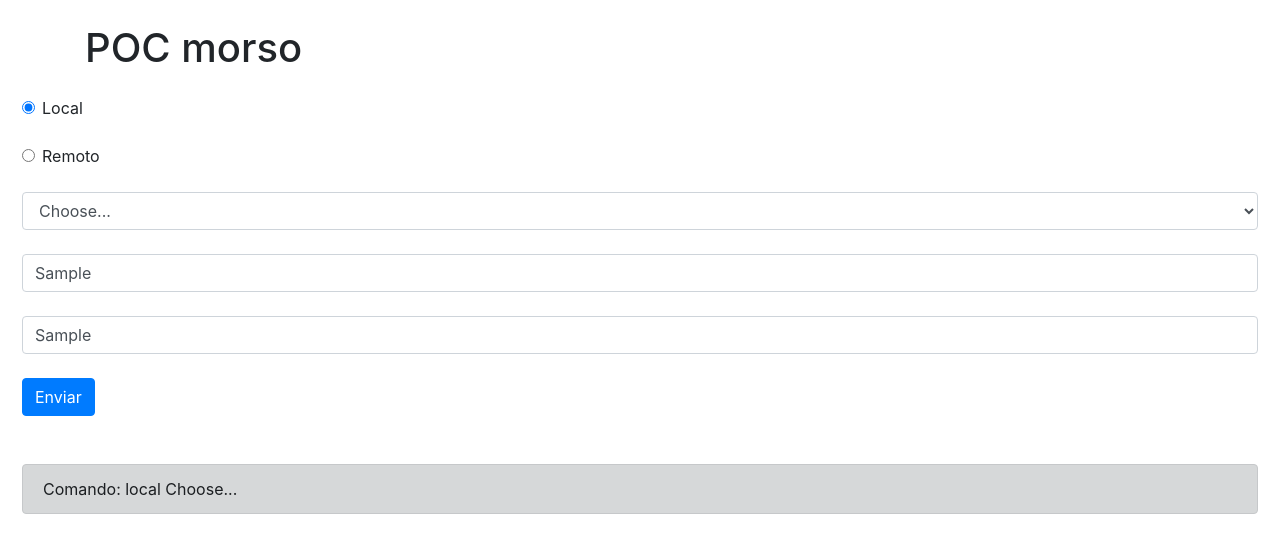
Repository: marisaoliva/poc-execute-cmd
Page: index.html
An editor plug-in stored every save of this project. The page is shown before and after the next save, followed by the edit.
The browser window is 1280 px wide. The pictures show the whole page.
Empty fields were first filled with sample values (such as "Sample", 5 or name@example.com).
After loading, the first visible `button.btn` was clicked once.

Above is the page before, as saved 2019-03-01 15:14:39.

### index.html
<html>
    <head>
        <link rel="stylesheet" href="https://stackpath.bootstrapcdn.com/bootstrap/4.3.1/css/bootstrap.min.css" integrity="sha384-ggOyR0iXCbMQv3Xipma34MD+dH/1fQ784/j6cY/iJTQUOhcWr7x9JvoRxT2MZw1T" crossorigin="anonymous">
        <style>
            .alert{
                width: 100%;
            }
        </style>
    </head>
    <body>
        <div class='container mt-4'>
            <h1>POC morso</h1>
              <form">
                <div class="mx-md-n5 mt-4">
                    <div class="form-check row mt-4">
                        <input class="form-check-input" type="radio" name="exampleRadios" id="exampleRadios1" value="local" checked>
                        <label class="form-check-label" for="exampleRadios1">
                                Local
                        </label>
                    </div>
                    <div class="form-check row mt-4">
                        <input class="form-check-input" type="radio" name="exampleRadios" id="exampleRadios2" value="remoto">
                        <label class="form-check-label" for="exampleRadios2">
                                Remoto
                        </label>
                    </div>
                    <div class='row mt-4'>
                        <select id="inputState" class="form-control">
                            <option selected>Choose...</option>
                            <option>Hola</option>
                            <option>Adios</option>
                        </select>
                    </div>
                    <div class="row mt-4">
                        <input type="text" class="form-control" name='input1' placeholder="Input 1">
                    </div>
                    <div class="row mt-4">
                        <input type="text" class="form-control" name='input2' placeholder="Input 2">
                    </div>
                    <div class='row mt-4'>
                       <button type="button" class="btn btn-primary" onclick="onClickButton()">Enviar</button>
                    </div>
                    <div class='row mt-5'>
                        <div class="alert alert-dark" role="alert">
                            Comando: <span id='command'></span>
                        </div>
                    </div>
                </div>
              </form>
        </div>
        <script>
            function onClickButton(){
                var radio = $("input[type='radio']:checked").val()
                var select = $("#inputState").val();
                var input1 = $("input[name='input1]").text();
                var input2 = $("input[name='input2]").text();
                $("#command").append(radio+" "+select+" "+input1+" "+input2);
            }

        </script>
        <script
            src="https://code.jquery.com/jquery-3.3.1.min.js"
            integrity="sha256-FgpCb/KJQlLNfOu91ta32o/NMZxltwRo8QtmkMRdAu8="
            crossorigin="anonymous"></script>
    </body>
</html>

After the next save:
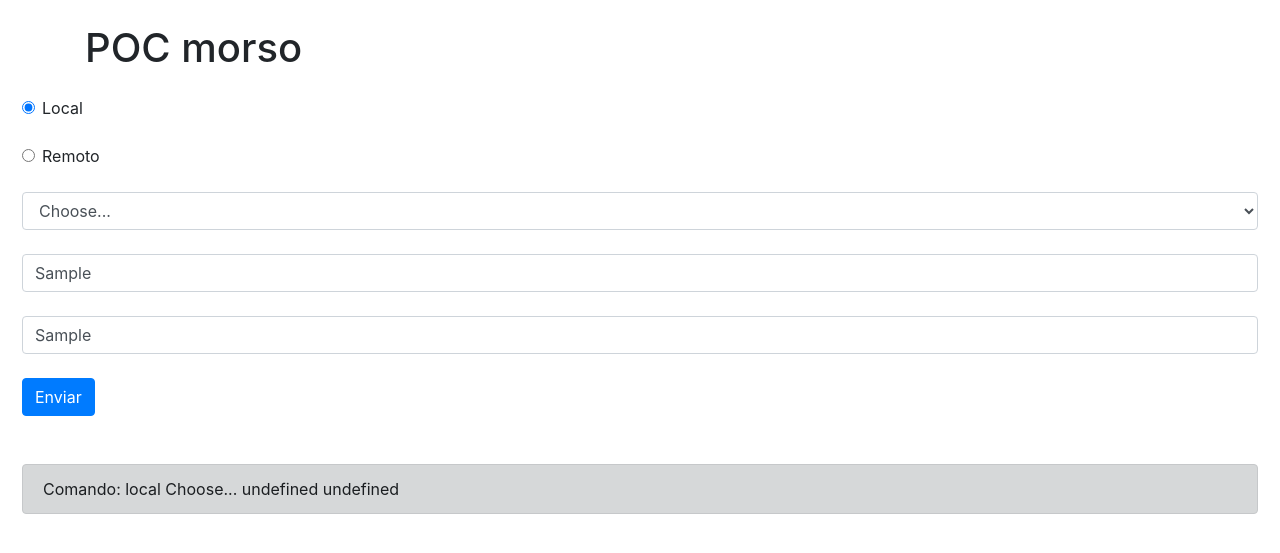
Saved 24 s later.
--- a/index.html
+++ b/index.html
@@ -52,8 +52,8 @@
             function onClickButton(){
                 var radio = $("input[type='radio']:checked").val()
                 var select = $("#inputState").val();
-                var input1 = $("input[name='input1]").text();
-                var input2 = $("input[name='input2]").text();
+                var input1 = $("input[name='input1]").val();
+                var input2 = $("input[name='input2]").val();
                 $("#command").append(radio+" "+select+" "+input1+" "+input2);
             }
 
